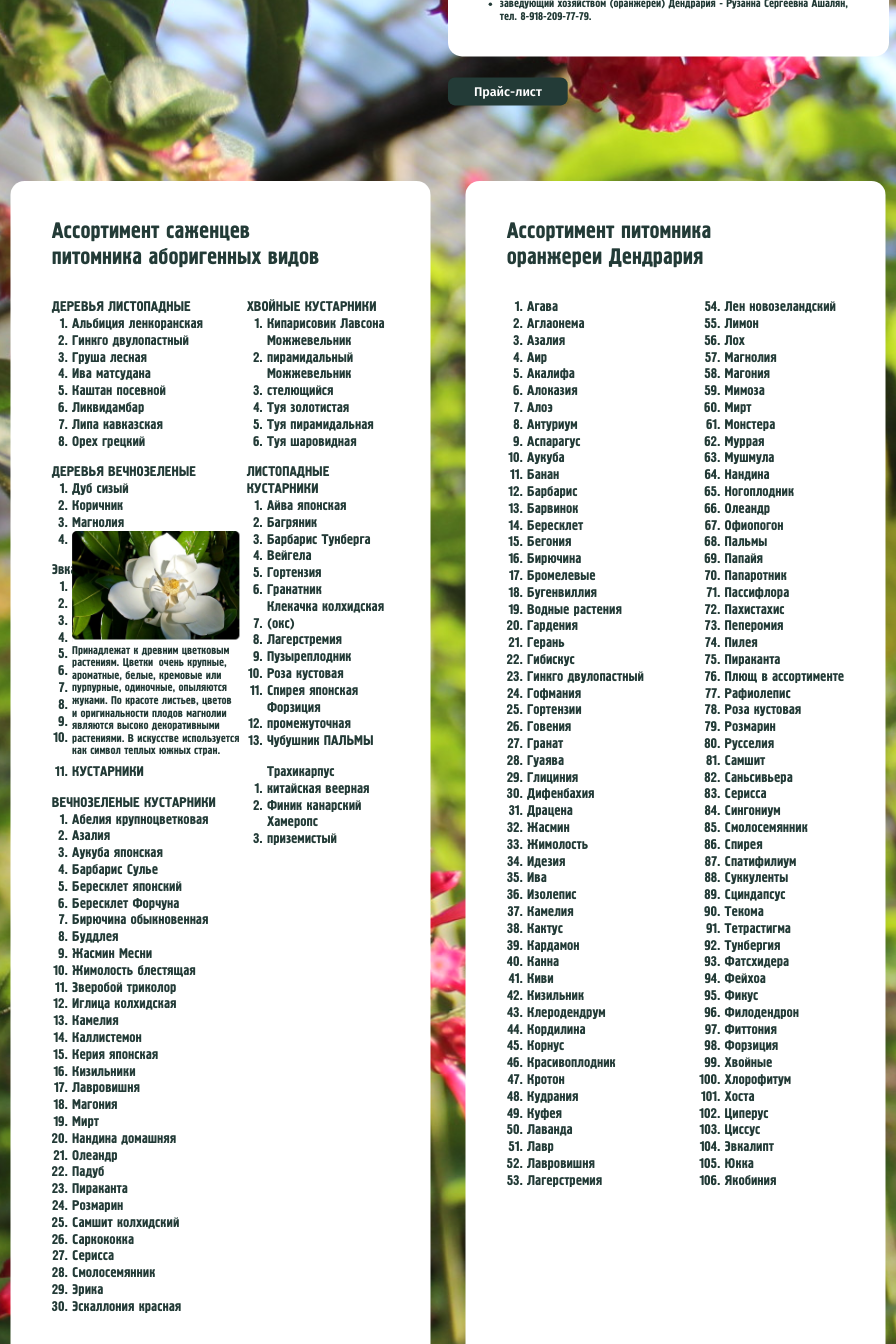
Repository: sem1103/np-sochi
Page: index.html
These files come from the project's save history. The page is drawn as it stood at one moment and after the next save; the edit follows.
The browser window is 1280 px wide. The pictures show the part of the page from y = 541 to 2461 px (the page is 2622 px tall), at 70% of full size.

Above is the page before, as saved 2024-01-17 22:44:48.

After the next save:
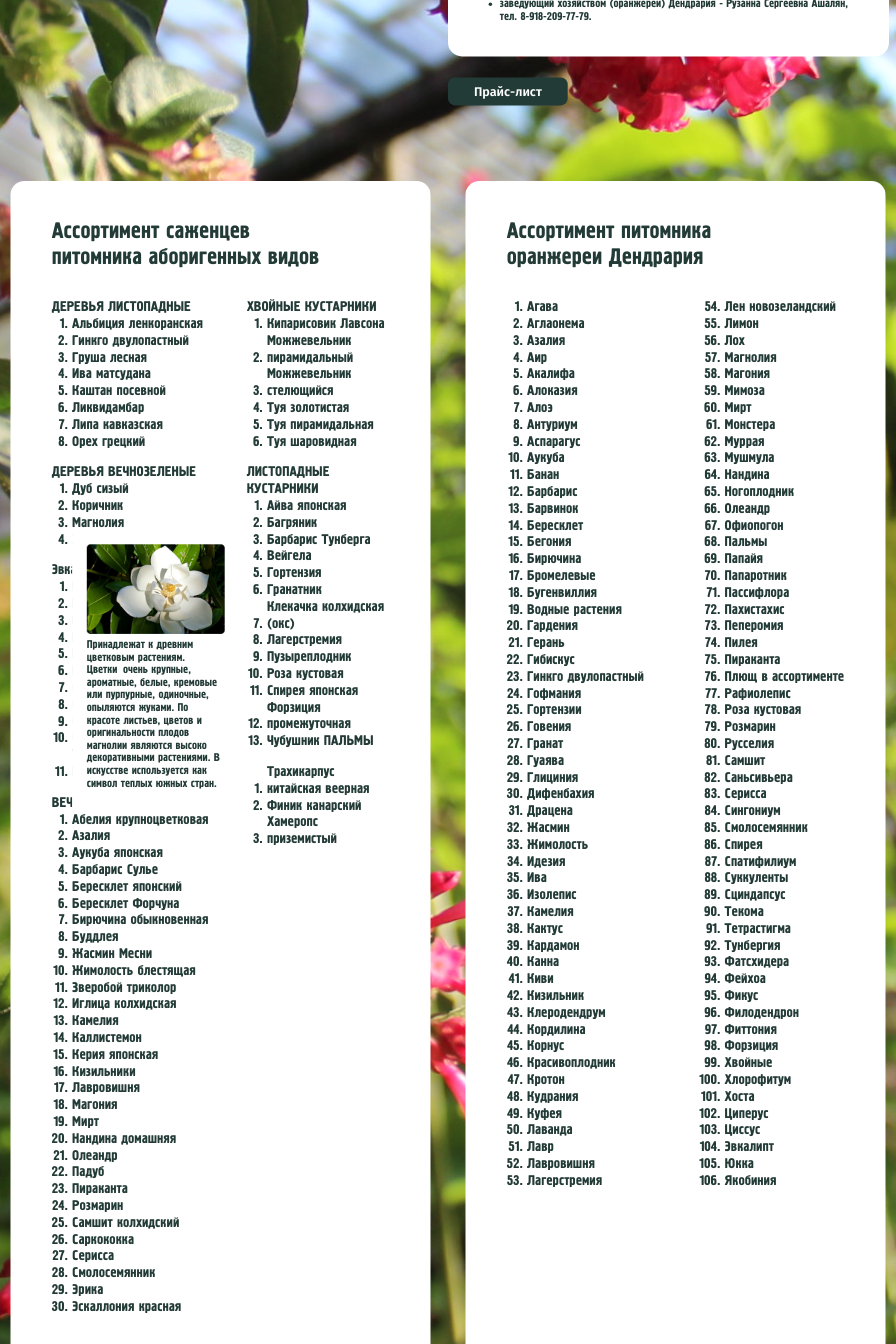
Saved 29 s later.
--- a/styles/main.css
+++ b/styles/main.css
@@ -103,6 +103,7 @@ ol button{
     position: absolute;
     z-index: 99;
     background: #fff;
+    padding: 19px 21px 25px 21px;
 }
 
 
